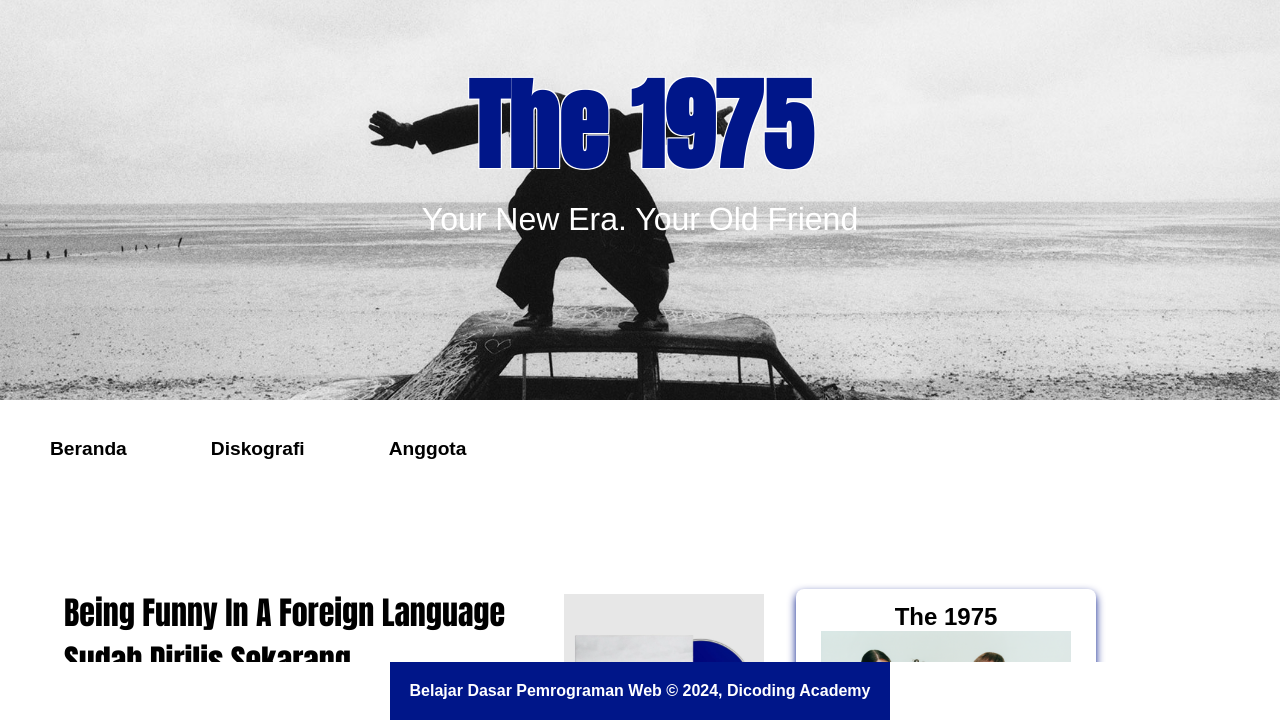
Repository: dikiyuda-1904/the-1975-html-css-landing-page
Page: index.html
An editor plug-in stored every save of this project. The page is shown before and after the next save, followed by the edit.
The browser window is 1280 px wide. The pictures show the whole page.

Above is the page before, as saved 2024-10-03 00:42:13.

### index.html
<!DOCTYPE html>
<html lang="en">
  <head>
    <meta charset="UTF-8" />
    <meta name="viewport" content="width=device-width, initial-scale=1.0" />
    <title>The 1975</title>

    <!-- CSS -->
    <link rel="stylesheet" href="css/app.css" />

    <!-- Google Fonts -->
    <link rel="preconnect" href="https://fonts.googleapis.com" />
    <link rel="preconnect" href="https://fonts.gstatic.com" crossorigin />
    <link
      href="https://fonts.googleapis.com/css2?family=Anton&family=Open+Sans:ital,wght@0,300..800;1,300..800&display=swap"
      rel="stylesheet"
    />

    <!-- Font Awesome -->
    <link
      rel="stylesheet"
      href="https://cdnjs.cloudflare.com/ajax/libs/font-awesome/5.15.4/css/all.min.css"
      integrity="sha512-1ycn6IcaQQ40/MKBW2W4Rhis/DbILU74C1vSrLJxCq57o941Ym01SwNsOMqvEBFlcgUa6xLiPY/NS5R+E6ztJQ=="
      crossorigin="anonymous"
      referrerpolicy="no-referrer"
    />

    <!-- Fav Icon -->
    <link
      rel="apple-touch-icon"
      sizes="180x180"
      href="./img/apple-touch-icon.png"
    />
    <link
      rel="icon"
      type="image/png"
      sizes="32x32"
      href="./img/favicon-32x32.png"
    />
    <link
      rel="icon"
      type="image/png"
      sizes="16x16"
      href="./img/favicon-16x16.png"
    />
    <link rel="manifest" href="/site.webmanifest" />
  </head>
  <body>
    <header class="navbar-container">
      <div class="jumbotron">
        <h1>The 1975</h1>
        <p>Your New Era. Your Old Friend</p>
      </div>

      <nav class="nav-list">
        <ul>
          <li><a href="#beranda">Beranda</a></li>
          <li><a href="#diskografi">Diskografi</a></li>
          <li><a href="#anggota">Anggota</a></li>
        </ul>
      </nav>
    </header>

    <main>
      <div id="content" class="content">
        <article id="beranda">
          <div class="content-beranda">
            <div class="content-description">
              <h1 class="title">
                Being Funny In A Foreign Language Sudah Dirilis Sekarang
              </h1>
              <p>
                Album kelima dari The 1975 dengan tema utama bernuansa monokrom,
                album ini terdiri dari sebelas lagu utama berdurasi total 43
                menit. Dirilis pada 14 Oktober 2022 oleh Dirty Hit.<br /><q
                  >Your new era. Your old friends. The 1975</q
                >
              </p>
            </div>
            <div class="content-image">
              <img
                src="./img/album-cover.webp"
                alt="Being Funny In A Foreign Language"
              />
            </div>
          </div>

          <div class="platform">
            <div class="button-platform">
              <button>Dengarkan Sekarang</button>
              <div class="music-platform">
                <ul>
                  <li>
                    <a href="#"><i class="fab fa-spotify"></i></a>
                  </li>
                  <li>
                    <a href="#"><i class="fa fa-music"></i></a>
                  </li>
                  <li>
                    <a href="#"><i class="fab fa-youtube"></i></a>
                  </li>
                </ul>
              </div>
            </div>
          </div>
        </article>

        <aside id="aside">
          <article class="profile">
            <header>
              <h2>The 1975</h2>
              <figure>
                <img src="./img/the-1975-group.jpg" alt="Foto grup The 1975" />
              </figure>
            </header>
            <section>
              <p>
                The 1975 adalah band yang berasal dari Manchester, Inggris, dan
                telah merilis lima album studio hingga saat ini.
              </p>
            </section>
          </article>
        </aside>

        <article id="diskografi">
          <div class="title">
            <h1>DISKOGRAFI</h1>
          </div>
          <div class="card-container">
            <div class="card">
              <div class="card-image">
                <img
                  src="./img/album-the-1975.jpg"
                  alt="The 1975 Album Cover Art"
                />
              </div>
              <div class="card-content">
                <h3>The 1975</h3>
                <div class="detail-content">
                  <span class="detail-title">Tanggal Rilis</span>
                  <span class="detail-value">2 September 2013</span>
                </div>
                <div class="detail-content">
                  <span class="detail-title">Genre</span>
                  <span class="detail-value">Pop Rock, Synthpop</span>
                </div>
                <div class="detail-content">
                  <span class="detail-title">Total Track</span>
                  <span class="detail-value">16</span>
                </div>
                <div class="detail-content">
                  <span class="detail-title">Durasi</span>
                  <span class="detail-value">50 Menit 41 Detik</span>
                </div>
              </div>
            </div>
            <div class="card">
              <img
                src="./img/album-2-cover.jpg"
                alt="The 1975 Album Cover Art"
              />
              <div class="card-content">
                <h3>
                  I Like It When You Sleep for You Are So Beautiful Yet So
                  Unaware of It
                </h3>
                <div class="detail-content">
                  <span class="detail-title">Tanggal Rilis</span>
                  <span class="detail-value">26 Februari 2016</span>
                </div>
                <div class="detail-content">
                  <span class="detail-title">Genre</span>
                  <span class="detail-value">Pop Rock, Synthpop</span>
                </div>
                <div class="detail-content">
                  <span class="detail-title">Total Track</span>
                  <span class="detail-value">17</span>
                </div>
                <div class="detail-content">
                  <span class="detail-title">Durasi</span>
                  <span class="detail-value">1 Jam 13 Menit 55 Detik</span>
                </div>
              </div>
            </div>
            <div class="card">
              <div class="card-image">
                <img src="./img/album-3-cover.jpg" alt="The 1975 Cover Art" />
              </div>
              <div class="card-content">
                <h3>A Brief Inquiry Into Online Relationships</h3>
                <div class="detail-content">
                  <span class="detail-title">Tanggal Rilis</span>
                  <span class="detail-value">30 November 2018</span>
                </div>
                <div class="detail-content">
                  <span class="detail-title">Genre</span>
                  <span class="detail-value">Art Pop</span>
                </div>
                <div class="detail-content">
                  <span class="detail-title">Total Track</span>
                  <span class="detail-value">15</span>
                </div>
                <div class="detail-content">
                  <span class="detail-title">Durasi</span>
                  <span class="detail-value">58 Menit 23 Detik</span>
                </div>
              </div>
            </div>
            <div class="card">
              <div class="card-image">
                <img src="./img/album-4-cover.jpg" alt="The 1975 Cover Art" />
              </div>
              <div class="card-content">
                <h3>Notes on a Conditional Form</h3>
                <div class="detail-content">
                  <span class="detail-title">Tanggal Rilis</span>
                  <span class="detail-value">22 Mei 2020</span>
                </div>
                <div class="detail-content">
                  <span class="detail-title">Genre</span>
                  <span class="detail-value">Electronic, Art Pop</span>
                </div>
                <div class="detail-content">
                  <span class="detail-title">Total Track</span>
                  <span class="detail-value">22</span>
                </div>
                <div class="detail-content">
                  <span class="detail-title">Durasi</span>
                  <span class="detail-value"> 1 Jam 20 Menit 30 Detik</span>
                </div>
              </div>
            </div>
            <div class="card">
              <div class="card-image">
                <img src="./img/album-5-cover.jpg" alt="The 1975 Cover Art" />
              </div>
              <div class="card-content">
                <h3>Being Funny in a Foreign Language</h3>
                <div class="detail-content">
                  <span class="detail-title">Tanggal Rilis</span>
                  <span class="detail-value">14 Oktober 2022</span>
                </div>
                <div class="detail-content">
                  <span class="detail-title">Genre</span>
                  <span class="detail-value">Pop Rock, Soft Rock</span>
                </div>
                <div class="detail-content">
                  <span class="detail-title">Total Track</span>
                  <span class="detail-value">11</span>
                </div>
                <div class="detail-content">
                  <span class="detail-title">Durasi</span>
                  <span class="detail-value">43 Menit 26 Detik</span>
                </div>
              </div>
            </div>
          </div>
        </article>

        <article id="anggota">
          <div class="title">
            <h1>ANGGOTA</h1>
          </div>
          <div class="card-member-container">
            <div class="card-member">
              <div class="member-image">
                <img src="./img/matty-healy.webp" alt="Matty Healy" />
              </div>
              <div class="member-description">
                <h3>Matthew Healy</h3>
                <span>Vokal, Gitar</span>
              </div>
            </div>
            <div class="card-member">
              <div class="member-image">
                <img src="./img/adam-hann.jpg" alt="Adam Hann" />
              </div>
              <div class="member-description">
                <h3>Adam Hann</h3>
                <span>Lead Gitar</span>
              </div>
            </div>
            <div class="card-member">
              <div class="member-image">
                <img src="./img/ross.jpg" alt="Ross MacDonald" />
              </div>
              <div class="member-description">
                <h3>Ross MacDonald</h3>
                <span>Bassist</span>
              </div>
            </div>
            <div class="card-member">
              <div class="member-image">
                <img src="./img/george-daniel.jpg" alt="George Daniel" />
              </div>
              <div class="member-description">
                <h3>George Daniel</h3>
                <span>Drummer, Producer</span>
              </div>
            </div>
          </div>
        </article>
      </div>
    </main>

    <footer>
      <p>Belajar Dasar Pemrograman Web &#169; 2024, Dicoding Academy</p>
    </footer>
  </body>
</html>

### css/app.css
*,
*::after,
*::before {
  box-sizing: border-box;
  padding: 0;
  margin: 0;
}

body {
  font-family: "New Amsterdam", Arial, Helvetica, sans-serif;

  height: 100vh;
  margin: 0;
  padding: 0;

  display: flex;
  flex-direction: column;

  overflow-x: hidden;
}

header {
  width: 100%;
}

header.navbar-container {
  width: 100%;

  display: flex;
  flex-direction: column;
  align-items: center;
}

.jumbotron {
  width: 100%;
  background-image: url("../img/the-1975-bfiafl.jpg");
  background-position: 0 center;
  background-size: cover;
  padding: 50px 20px;
  text-align: center;
  height: 400px;
}

header h1 {
  font-family: "Anton", "Open Sans", Helvetica, Arial, sans-serif;
  font-size: 100px;
  color: #001689;
  text-shadow: -1px -1px 0 white, 1px -1px 0 white, -1px 1px 0 white,
    1px 1px 0 white;
}

header p {
  font-family: Helvetica, Arial, sans-serif;
  color: white;
  font-size: 2rem;
}

header.navbar-container .nav-list ul {
  display: flex;
  gap: 3rem;
  padding: 2rem;
}

header.navbar-container .nav-list li {
  list-style-type: none;
  font-size: 25px;
}

.nav-list {
  width: 100%;
}

.nav-list li a {
  font-family: Arial, Helvetica, sans-serif;
  font-weight: bolder;
  font-size: 1.2rem;
  padding: 0.5rem 1rem;
  color: black;
  text-decoration: none;

  border-radius: 999px;
  border: 2px solid transparent;

  transition: all 0.2s ease-in-out;
}

.nav-list li:hover a {
  color: #001689;
  border: 2px solid #001689;
}

main {
  flex: 1;

  width: 100%;
  /* max-width: 1200px; */
  margin-inline: auto;
  padding: 2rem 4rem;
  margin-top: 3rem;
  display: flex;
  flex-direction: column;
  align-items: center;
}

main .content {
  flex: 5;

  display: flex;
  flex-wrap: wrap;
  flex-direction: row;
  margin-bottom: 2rem;
}

main .content .content-beranda {
  display: flex;
}

main .content .content-description {
  flex: 1 1;
}

main .content .content-description .title {
  font-family: "Anton", "Open Sans", Helvetica, Arial, sans-serif;
  font-size: 2rem;
  font-weight: 400;
  color: black;
  line-height: 1.5;

  width: 500px;
  margin-block: 1rem;
}

main .content .content-description p {
  font-family: Arial, Helvetica, sans-serif;
  font-size: 16px;
  text-align: start;
  line-height: 1.7;

  max-width: 450px;
}

main .content .content-description q {
  font-weight: 600;
  line-height: 2;
}

main .content .content-image {
  display: flex;
  flex: 1;
}

main .content .content-image img {
  width: 200px;
  margin: auto;
}

main .content .platform {
  display: flex;
  flex-direction: column;
}

main .content .button-platform button {
  padding: 1rem 1rem;
  border: 3px solid transparent;
  border-radius: 999px;
  margin-block-start: 0.8rem;
  height: 3.2rem;

  display: flex;
  align-items: center;
  gap: 1rem;

  background-color: #001689;

  font-family: Arial, Helvetica, sans-serif;
  text-transform: uppercase;
  font-size: 1rem;
  font-weight: 700;
  color: white;

  white-space: nowrap;

  cursor: pointer;
  transition: all 0.15s ease-in;
}

main .content .button-platform button:hover {
  border: 3px solid #001689;
  background-color: transparent;

  color: #001689;
}

main .content .button-platform {
  display: flex;
}

main .content .music-platform {
  width: 100%;
  display: flex;
}

main .content .music-platform ul {
  display: flex;
  align-items: center;
  margin: 1.5rem 1.5rem;
  padding: 1rem;
  gap: 1rem;
  margin-block-start: 0.6rem;
}

main .content .music-platform li {
  list-style-type: none;
}

main .content .music-platform li a {
  font-size: 1.5rem;
  color: black;
}

#diskografi {
  margin-top: 100px;
}

.title h1 {
  font-family: "Anton", Helvetica, Arial, sans-serif;
  font-size: 2rem;
  font-weight: 400;
  text-align: center;
}

.card-container {
  display: flex;
  flex-wrap: wrap;
  justify-content: center;
  max-width: 1200px;
}

.card {
  display: flex;
  flex-direction: column;
  background-color: white;
  border-radius: 8px;
  box-shadow: 0 4px 8px #001689;
  overflow: hidden;
  width: 300px;
  height: 520px;
  text-align: center;
  margin: 50px 1.5rem;
  transition: transform 0.3s ease-in-out;
}

.card:nth-child(odd):hover {
  transform: translatex(-10px);
}

.card:nth-child(even):hover {
  transform: translatex(+10px);
}

.card img {
  padding: 10px;
  width: 100%;
  height: auto;
  overflow: hidden;
}

.card .card-content h3 {
  font-family: Arial, Helvetica, sans-serif;
  font-size: 1rem;
  font-weight: 700;
  padding: 10px;
}

.card-container .card .card-content .detail-content {
  display: flex;
  padding: 10px;
  gap: 10px;
  font-size: 15px;
}

.detail-content .detail-title {
  width: 100px;
  font-weight: 600;
}

.card-member-container {
  display: flex;
  flex-wrap: nowrap;
  justify-content: center;
  max-width: 1200px;
}

.card-member {
  display: flex;
  flex-direction: column;
  background-color: white;
  border-radius: 8px;
  box-shadow: 0 4px 8px #001689;
  overflow: hidden;
  width: 250px;
  height: 280px;
  text-align: center;
  margin: 50px 1rem;
  transition: transform 0.3s ease-in-out;
}

.card-member:hover {
  transform: translatex(-10px);
}

.member-image img {
  padding: 10px;
  width: 100%;
  height: auto;
  overflow: hidden;
}

.card-member .member-description h3 {
  font-family: Arial, Helvetica, sans-serif;
  font-size: 1.5rem;
  padding-bottom: 0.5rem;
}

aside {
  flex: 1;
  max-width: 400px;
}

aside section p {
  padding: 1rem;
  font-weight: 400;
}

.profile {
  display: flex;
  flex-direction: column;
  justify-content: flex-end;
  width: 300px;
  height: 350px;
  border-radius: 8px;
  box-shadow: 0 4px 8px #001689;
  margin: 1rem 2rem;
  text-align: center;
}

.profile img {
  width: 250px;
  height: auto;
  position: relative;
}

footer {
  padding: 20px;
  color: white;
  background-color: #001689;
  text-align: center;
  font-weight: bold;
}

header,
main,
footer {
  max-width: 2021px;
  margin-inline: auto;
}

@media screen and (min-width: 1200px) {
  header,
  main,
  footer {
    overflow: hidden;
  }
}
@media screen and (max-width: 1200px) {
  nav ul {
    justify-content: flex-start;
  }

  main {
    justify-content: center;
  }
}

@media screen and (max-width: 768px) {
}

After the next save:
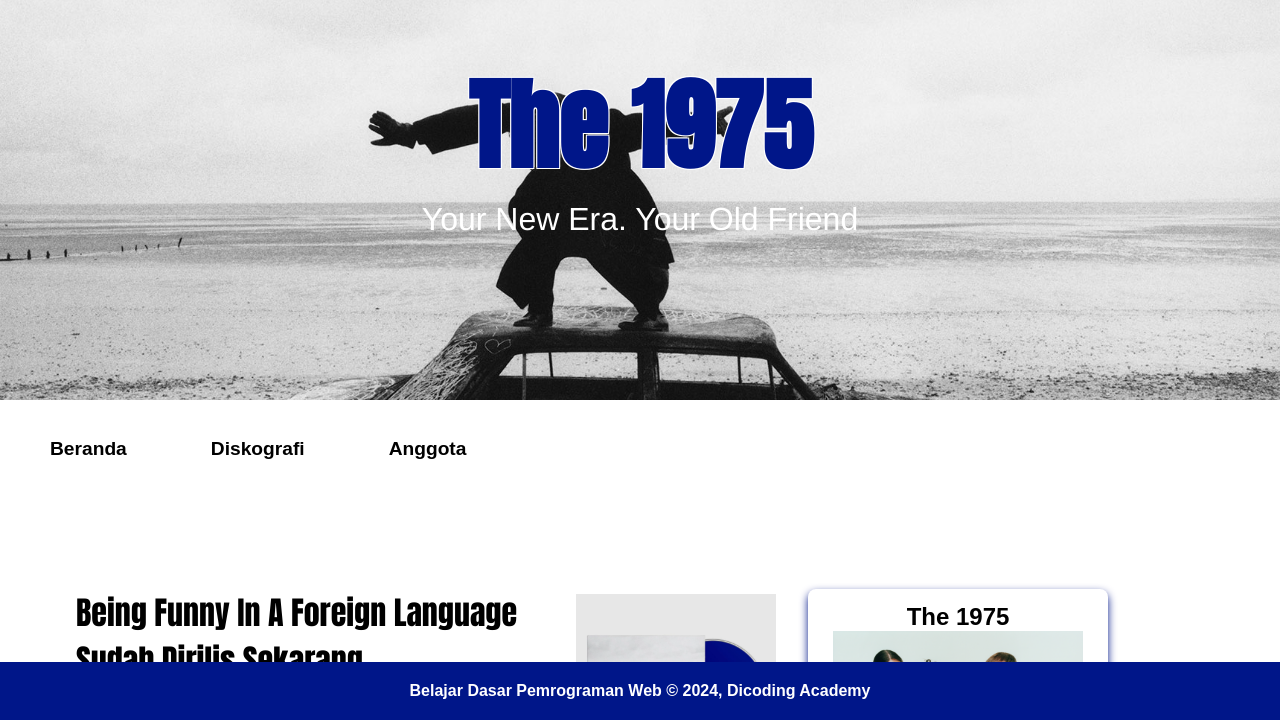
Saved 4 min 16 s later.
--- a/css/app.css
+++ b/css/app.css
@@ -93,7 +93,7 @@
   flex: 1;
 
   width: 100%;
-  /* max-width: 1200px; */
+  max-width: 1200px;
   margin-inline: auto;
   padding: 2rem 4rem;
   margin-top: 3rem;
@@ -358,13 +358,6 @@
   font-weight: bold;
 }
 
-header,
-main,
-footer {
-  max-width: 2021px;
-  margin-inline: auto;
-}
-
 @media screen and (min-width: 1200px) {
   header,
   main,
